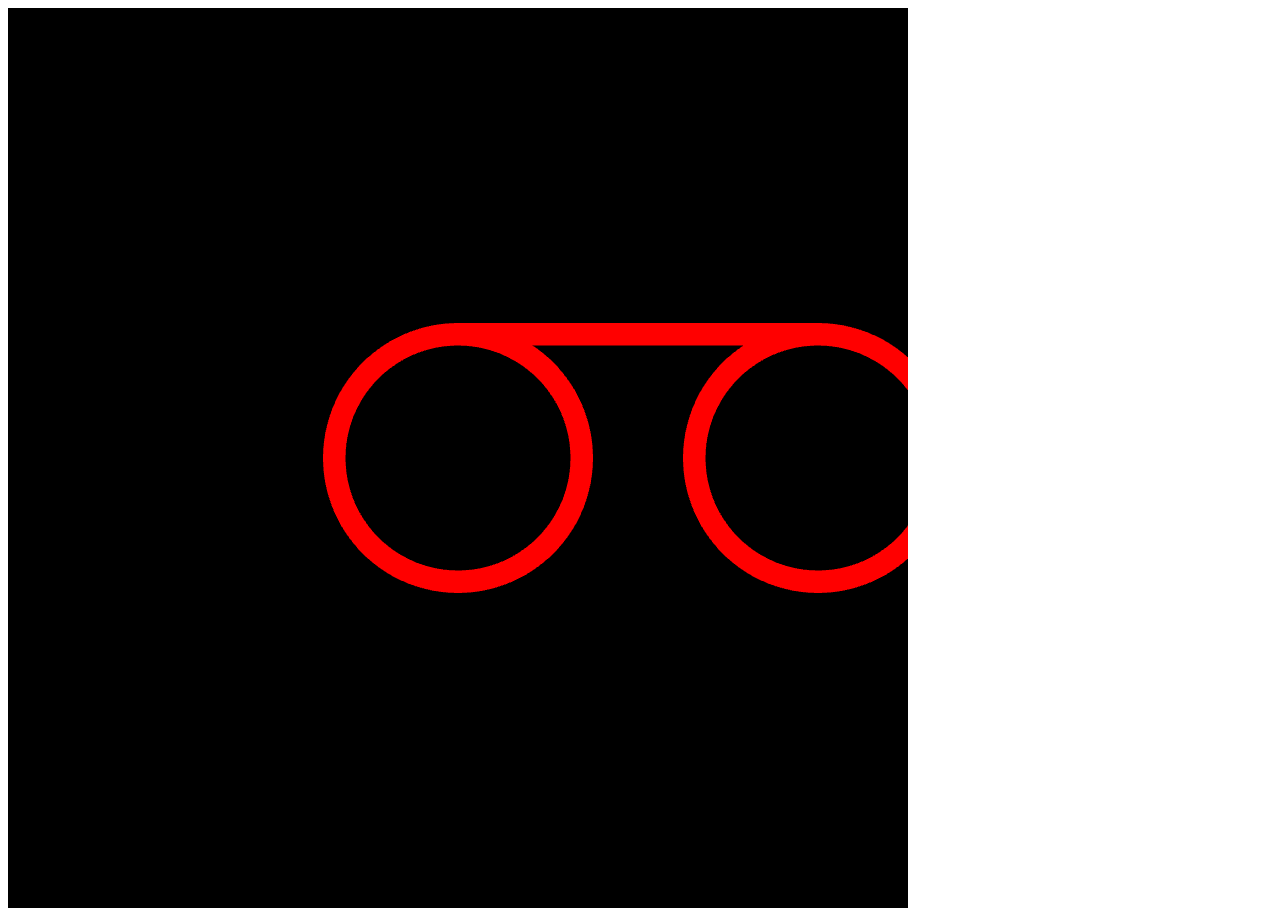
Repository: ChristeZeng/ComputerGraphics
Page: Lab2/Test.html
These files come from the project's save history. The page is drawn as it stood at one moment and after the next save; the edit follows.
The browser window is 1280 px wide. The pictures show the whole page.

Above is the page before, as saved 2021-10-02 17:21:47.

### Lab2/Test.html
<!DOCTYPE html>
<html>
<head>
  <title>Test</title>
</head>
<body onload="main()">
  <canvas id="gl-canvas" width="900" height="900"></canvas>
  <script src="Test.js"></script>
</body>
</html>

### Lab2/Test.js
function main()
{
    //获取canvas元素
    var canvas = document.getElementById('gl-canvas');
    //获取webgl上下文
    var gl = canvas.getContext("webgl");
    if(!gl)
    {
        alert("WebGL is not supported");
        return;
    }

    const vsSource = `
        attribute vec4 position;
        void main()
        {
            gl_Position = position;
        }
    `;

    const fsSource = `
        void main()
        {
            gl_FragColor = vec4(1.0, 0.0, 0.0, 1.0);
        }
    `;

    //初始化着色器
    const shaderProgram = initShaderProgram(gl, vsSource, fsSource);

    var position = gl.getAttribLocation(shaderProgram, 'position');
    //设置顶点缓冲区
    const buffers = initBuffers(gl);
    //绘制图像
    drawBasic(gl, buffers, position, shaderProgram);

}


//初始化着色器
function initShaderProgram(gl, vsSource, fsSource)
{

    const vertexShader = loadShader(gl, gl.VERTEX_SHADER, vsSource);
    const fragmentShader = loadShader(gl, gl.FRAGMENT_SHADER, fsSource);

    //创建着色器程序
    const shaderProgram = gl.createProgram();
    gl.attachShader(shaderProgram, vertexShader);
    gl.attachShader(shaderProgram, fragmentShader);
    gl.linkProgram(shaderProgram);

    if(!gl.getProgramParameter(shaderProgram, gl.LINK_STATUS))
    {
        alert("Error");
        return null;
    }

    return shaderProgram;
}

function loadShader(gl, type, source)
{
    const shader = gl.createShader(type);

    gl.shaderSource(shader, source);
    gl.compileShader(shader);
    if(!gl.getShaderParameter(shader, gl.COMPILE_STATUS))
    {
        alert("Error: Compile");
        gl.deleteShader(shader);
        return null;
    }
    return shader;
}

function initBuffers(gl)
{
    var N = 100;
    var vertices = [0.0, 0.0];
    var r_inner = 0.25;
    var r_outter = 0.3;

    for (var i = 0; i <= N; i++)
    {
        var theta = i * 2 * Math.PI / N;
        var x_inner = r_inner * Math.sin(theta);
        var y_inner = r_inner * Math.cos(theta);
        var x_outter = r_outter * Math.sin(theta);
        var y_outter = r_outter * Math.cos(theta);
        vertices.push(x_inner, y_inner);
        vertices.push(x_outter, y_outter);
    }

    for (var i = 0; i <= N; i++)
    {
        var theta = i * 2 * Math.PI / N;
        var x_inner = 0.8 + r_inner * Math.sin(theta);
        var y_inner = r_inner * Math.cos(theta);
        var x_outter = 0.8 + r_outter * Math.sin(theta);
        var y_outter = r_outter * Math.cos(theta);
        vertices.push(x_inner, y_inner);
        vertices.push(x_outter, y_outter);
    }

    //创建缓冲区对象
    const positionBuffer = gl.createBuffer();
    //将缓冲区对象绑定到目标
    gl.bindBuffer(gl.ARRAY_BUFFER, positionBuffer);
    // 向缓冲区对象写入数据
    gl.bufferData(gl.ARRAY_BUFFER, new Float32Array(vertices), gl.STATIC_DRAW);
    return {
            position: positionBuffer,
            vertex: vertices
        };
}

function drawBasic(gl, buffers, position, shaderProgram)
{
    //将背景重置为黑色
    gl.clearColor(0.0, 0.0, 0.0, 1.0);
    //清除canvas
    gl.clear(gl.COLOR_BUFFER_BIT);


    gl.bindBuffer(gl.ARRAY_BUFFER, buffers.position);
    gl.vertexAttribPointer(position, 2, gl.FLOAT, false, 0, 0);
    gl.enableVertexAttribArray(position);
    gl.useProgram(shaderProgram);

    //利用TRIANGLE_STRIP参数三角拟合
    gl.drawArrays(gl.TRIANGLE_STRIP, 0, buffers.vertex.length / 2);
}

After the next save:
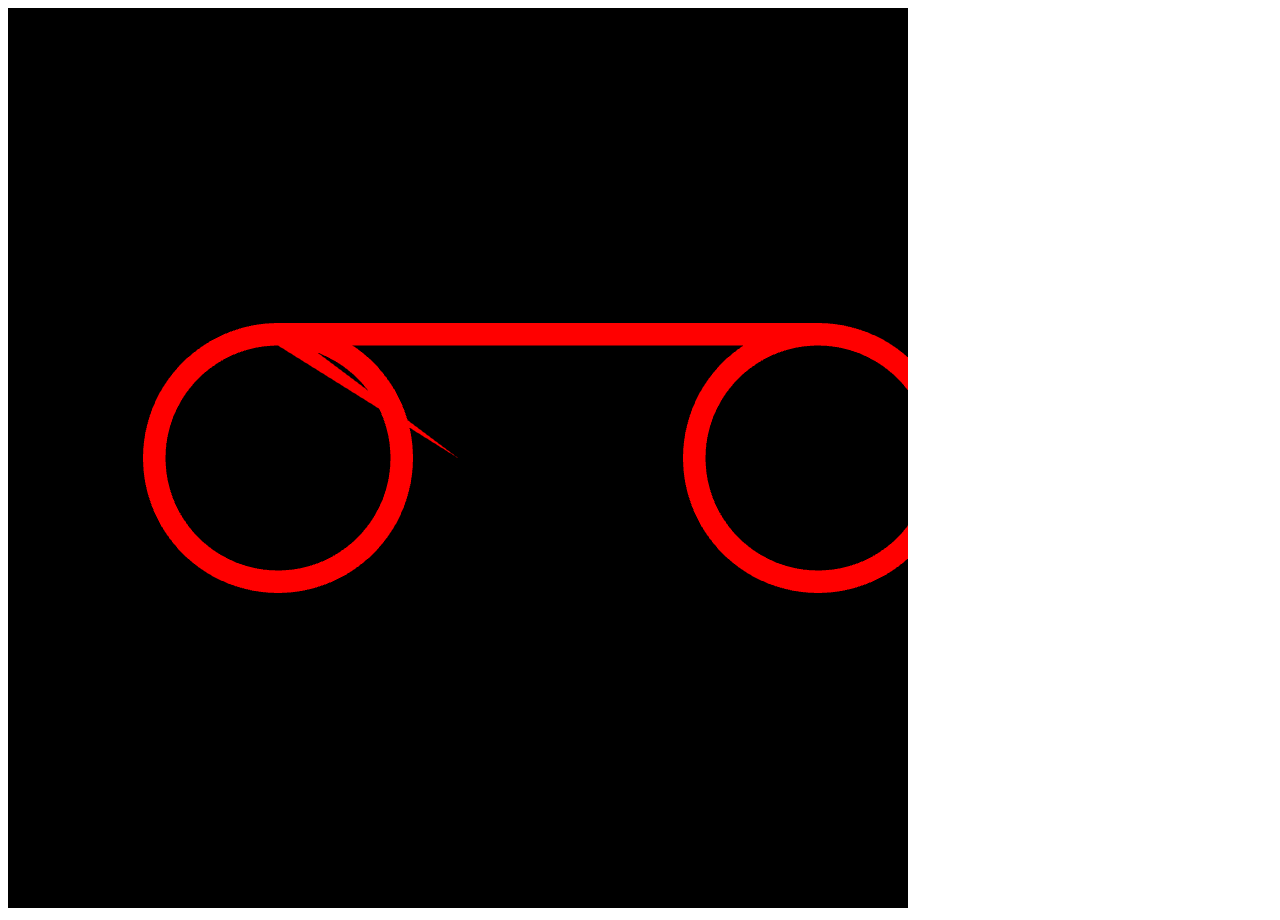
Saved 46 s later.
--- a/Lab2/Test.js
+++ b/Lab2/Test.js
@@ -84,9 +84,9 @@
     for (var i = 0; i <= N; i++)
     {
         var theta = i * 2 * Math.PI / N;
-        var x_inner = r_inner * Math.sin(theta);
+        var x_inner = -0.4 + r_inner * Math.sin(theta);
         var y_inner = r_inner * Math.cos(theta);
-        var x_outter = r_outter * Math.sin(theta);
+        var x_outter = -0.4 + r_outter * Math.sin(theta);
         var y_outter = r_outter * Math.cos(theta);
         vertices.push(x_inner, y_inner);
         vertices.push(x_outter, y_outter);
